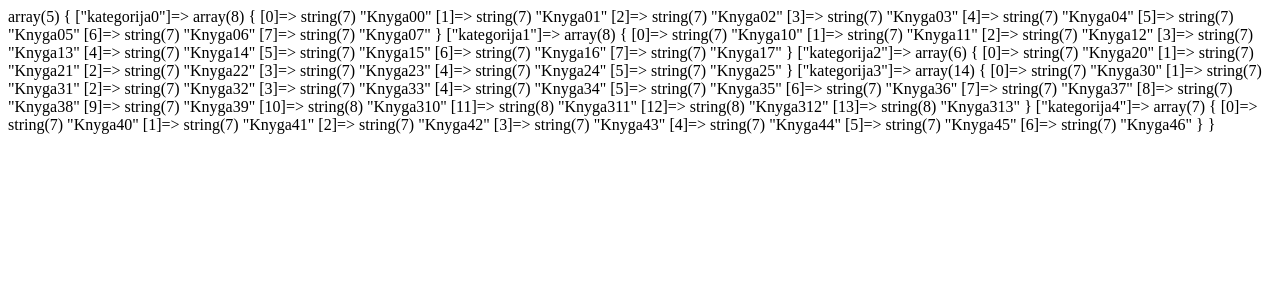
Repository: motiejus1/18-paskaita-PHP-05.31
Page: http://localhost/testavimas/dvimatismasyvas.php
The author's editor kept a copy of each file at every save. The page is drawn from the files as they stood at one save, then again after the next save.
The browser window is 1280 px wide. The pictures show the whole page.
The page is run by PHP 8.4 with error messages shown; the project is at /var/www/html/.

Above is the page before, as saved 2021-09-20 18:26:12.

### testavimas/dvimatismasyvas.php
<?php
// . Sukurti dvimatį masyvą, kuriame būtų informacija apie knygos kategoriją, bei knygos priklausančios kategorijai.
// Masyvo struktūrą sugalvoti patiems. Testavimui sukurti bent 5 kategorijas, kurios turi nuo 5 iki 15 knygų.



//

$knygos = [];

//uz kategorijas
for($i=0; $i < 5; $i++) {

    // $kategorija = "Kategorija".$i;
    $kategorija = [];
    //atsakingas uz knygas
    $atsitiktinis = rand(5,15); //6
    for($j=0;$j < $atsitiktinis; $j++) {
        $kategorija[$j] = "Knyga".$i.$j;
    }

    $knygos["kategorija".$i] = $kategorija;

}

var_dump($knygos);


?>

After the next save:
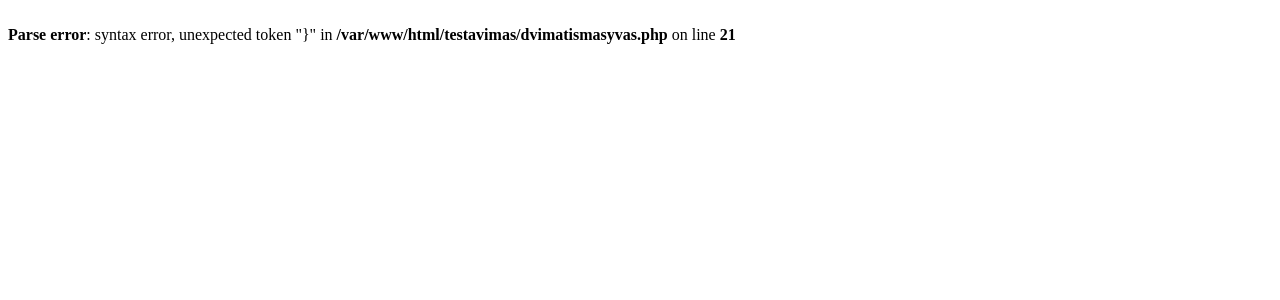
Saved 44 s later.
--- a/testavimas/dvimatismasyvas.php
+++ b/testavimas/dvimatismasyvas.php
@@ -16,7 +16,8 @@
     //atsakingas uz knygas
     $atsitiktinis = rand(5,15); //6
     for($j=0;$j < $atsitiktinis; $j++) {
-        $kategorija[$j] = "Knyga".$i.$j;
+        $kategorija[$j] =
+
     }
 
     $knygos["kategorija".$i] = $kategorija;

After the 3 saves that followed:
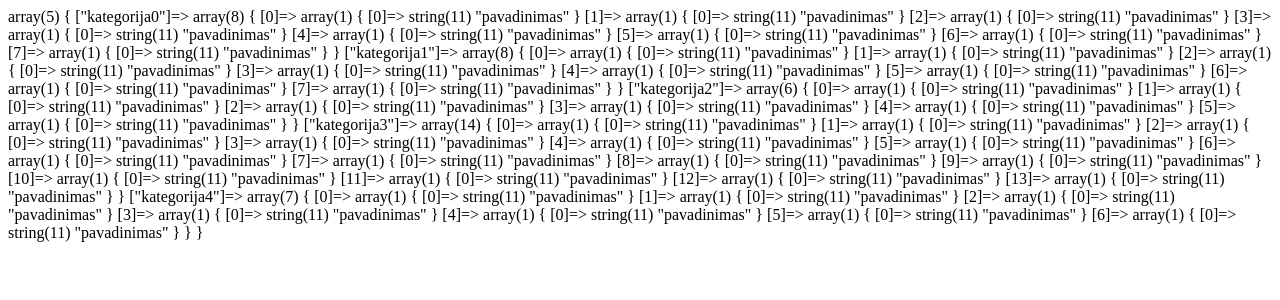
The 3 saves are shown as one change because they came seconds apart.
The last was saved 11 s later.
--- a/testavimas/dvimatismasyvas.php
+++ b/testavimas/dvimatismasyvas.php
@@ -16,7 +16,9 @@
     //atsakingas uz knygas
     $atsitiktinis = rand(5,15); //6
     for($j=0;$j < $atsitiktinis; $j++) {
-        $kategorija[$j] =
+        $kategorija[$j] = array(
+            "pavadinimas"
+        );
 
     }
 
